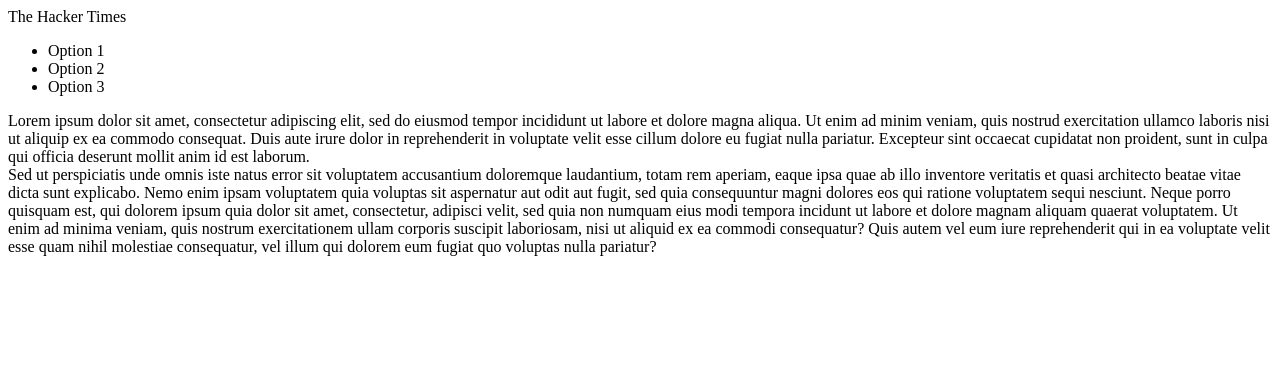
Repository: HackerUSA-CE/CSS-My-CSS-Garden
Page: index.html
These files come from the project's save history. The page is drawn as it stood at one moment and after the next save; the edit follows.
The browser window is 1280 px wide. The pictures show the whole page.

Above is the page before, as saved 2020-12-02 11:15:59.

After the next save:
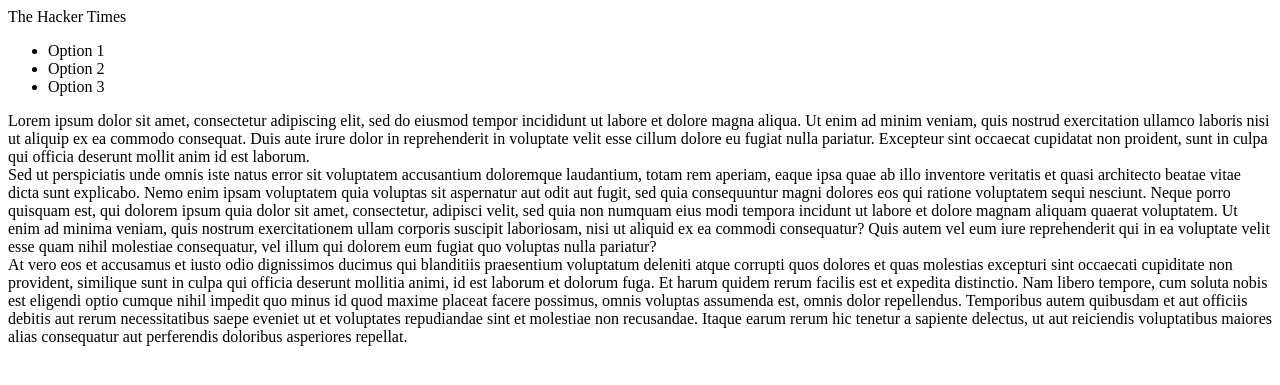
Saved 15 s later.
--- a/index.html
+++ b/index.html
@@ -33,7 +33,10 @@
         voluptate velit esse quam nihil molestiae consequatur, vel illum qui dolorem eum fugiat quo voluptas nulla pariatur?
 
         <article>
-
+            At vero eos et accusamus et iusto odio dignissimos ducimus qui blanditiis praesentium voluptatum deleniti atque corrupti quos dolores et quas molestias excepturi sint occaecati cupiditate non provident, similique sunt in culpa qui officia deserunt mollitia
+            animi, id est laborum et dolorum fuga. Et harum quidem rerum facilis est et expedita distinctio. Nam libero tempore, cum soluta nobis est eligendi optio cumque nihil impedit quo minus id quod maxime placeat facere possimus, omnis voluptas
+            assumenda est, omnis dolor repellendus. Temporibus autem quibusdam et aut officiis debitis aut rerum necessitatibus saepe eveniet ut et voluptates repudiandae sint et molestiae non recusandae. Itaque earum rerum hic tenetur a sapiente delectus,
+            ut aut reiciendis voluptatibus maiores alias consequatur aut perferendis doloribus asperiores repellat.
         </article>
     </section>
     <aside>
